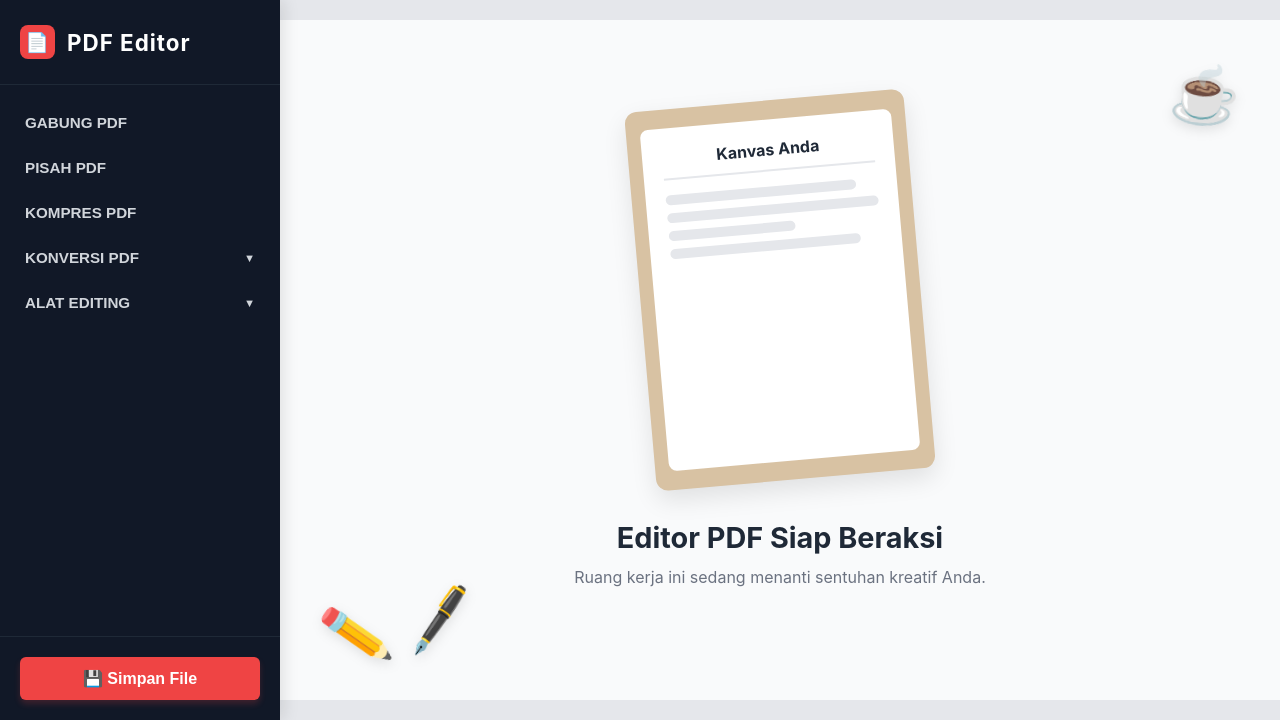
Repository: IkhsanMoekhtar/pdf_editor
Page: /
An editor plug-in stored every save of this project. The page is shown before and after the next save, followed by the edit.
The browser window is 1280 px wide. The pictures show the whole page.
The project was rebuilt for these pictures with package versions that can differ from the ones it lists, and the page was loaded fresh each time. Also part of the build but not shown: vite.config.js.

Above is the page before, as saved 2026-03-18 22:56:49.

### index.html
<!doctype html>
<html lang="en">
  <head>
    <meta charset="UTF-8" />
    <link rel="icon" type="image/svg+xml" href="/favicon.svg" />
    <meta name="viewport" content="width=device-width, initial-scale=1.0" />
    <title>frontend-pdf</title>
  </head>
  <body>
    <div id="root"></div>
    <script type="module" src="/src/main.jsx"></script>
  </body>
</html>

### src/index.css
/* --- CSS RESET GLOBAL --- */

/* Tanda bintang (*) artinya menerapkan aturan ini ke SEMUA elemen di website */
* {
  margin: 0;
  padding: 0;
  box-sizing: border-box; /* Memastikan padding tidak menambah lebar elemen */
}

/* Memaksa elemen dasar website untuk mengambil 100% layar tanpa sisa */
html, body, #root {
  width: 100%;
  height: 100%;
  background-color: #f3f4f6; /* Warna latar belakang aplikasi kita */
}

/* Menghilangkan font default yang kaku */
body {
  font-family: Inter, system-ui, Avenir, Helvetica, Arial, sans-serif;
  -webkit-font-smoothing: antialiased;
}

### src/App.css
/* --- TATA LETAK UTAMA --- */
.app-container {
  display: flex;
  flex-direction: row; /* Kembali menyamping: Kiri Sidebar, Kanan Workspace */
  height: 100vh;
  font-family: Inter, system-ui, Avenir, Helvetica, Arial, sans-serif;
  background-color: #e5e7eb;
}

/* --- SIDEBAR BARU --- */
.main-sidebar {
  width: 280px;
  background-color: #111827; /* Warna gelap yang modern */
  color: #f3f4f6;
  display: flex;
  flex-direction: column;
  flex-shrink: 0;
  box-shadow: 4px 0 15px rgba(0,0,0,0.1);
  z-index: 10;
}

.brand {
  display: flex;
  align-items: center;
  gap: 12px;
  padding: 25px 20px;
  font-size: 1.4rem;
  font-weight: 800;
  letter-spacing: 1px;
  border-bottom: 1px solid #1f2937;
  color: #ffffff;
}

.brand-icon {
  background-color: #ef4444;
  padding: 5px;
  border-radius: 8px;
  font-size: 1.2rem;
}

/* --- NAVIGASI SIDEBAR (ACCORDION) --- */
.sidebar-nav {
  flex: 1;
  overflow-y: auto; /* Bisa di-scroll jika menu terlalu panjang */
  padding: 15px 0;
}

/* Tombol Menu Utama */
.nav-item {
  width: 100%;
  text-align: left;
  background: transparent;
  border: none;
  color: #d1d5db;
  padding: 14px 25px;
  font-size: 0.95rem;
  font-weight: 600;
  cursor: pointer;
  display: flex;
  justify-content: space-between;
  align-items: center;
  transition: all 0.2s;
}

.nav-item:hover {
  background-color: #1f2937;
  color: #ffffff;
}

.arrow {
  font-size: 0.7rem;
  transition: transform 0.3s ease;
}

/* --- LOGIKA ACCORDION (Animasi Buka/Tutup) --- */
.submenu {
  max-height: 0; /* Secara default tertutup */
  overflow: hidden;
  background-color: #0b0f19; /* Latar submenu lebih gelap agar beda */
  transition: max-height 0.4s cubic-bezier(0.4, 0, 0.2, 1);
}

.nav-group.expanded .submenu {
  max-height: 500px; /* Terbuka saat div memiliki class 'expanded' */
}

.nav-group.expanded .arrow {
  transform: rotate(180deg); /* Panah berputar */
}

.nav-group.expanded .nav-item {
  color: #ef4444; /* Judul menu yang aktif berwarna merah */
}

/* Isi Submenu */
.submenu-title {
  font-size: 0.7rem;
  color: #6b7280;
  font-weight: 700;
  padding: 15px 25px 5px 25px;
  letter-spacing: 1px;
}

.submenu-btn {
  width: 100%;
  text-align: left;
  background: transparent;
  border: none;
  color: #9ca3af;
  padding: 10px 25px;
  font-size: 0.85rem;
  display: flex;
  align-items: center;
  cursor: pointer;
  transition: all 0.2s;
}

.submenu-btn:hover {
  color: #ffffff;
  background-color: #1f2937;
}

.submenu-btn.active {
  color: #ffffff;
  background-color: #ef4444;
}

/* -- IKON BERBASIS CSS (Tetap Dipertahankan) -- */
.doc-icon {
  display: inline-flex;
  align-items: center; justify-content: center;
  width: 20px; height: 20px;
  border-radius: 4px; font-size: 10px; font-weight: 800; color: rgb(255, 255, 255);
  margin-right: 12px;
}
.icon-jpg { background-color: #eab308; }
.icon-word { background-color: #3b82f6; }
.icon-ppt { background-color: #f97316; }
.icon-excel { background-color: #22c55e; }
.icon-pdf { background-color: #ef4444; }

/* --- BAGIAN BAWAH SIDEBAR --- */
.sidebar-footer {
  padding: 20px;
  border-top: 1px solid #1f2937;
}

.save-btn {
  width: 100%;
  padding: 12px;
  background-color: #ef4444;
  color: white;
  border: none;
  border-radius: 6px;
  font-weight: bold;
  font-size: 1rem;
  cursor: pointer;
  transition: background-color 0.2s;
  box-shadow: 0 4px 6px rgba(239, 68, 68, 0.2);
}

.save-btn:hover { background-color: #dc2626; }

/* --- AREA KERJA UTAMA --- */
.workspace {
  flex: 1;
  display: flex;
  position: relative;
  overflow: hidden;
}

.viewer-container {
  width: 100%;
  height: 100%;
  background-color: #f9fafb;
  display: flex;
  justify-content: center;
  align-items: center;
}

/* --- DESAIN AREA KOSONG (KLIK UNTUK UPLOAD) --- */
.empty-state.desktop-scene {
  display: flex;
  flex-direction: column;
  align-items: center;
  justify-content: center;
  height: 100%;
  width: 100%;
  background-color: #f9fafb;
  position: relative;
  padding: 40px;
  overflow: hidden;
  cursor: pointer; /* Mengubah kursor menjadi tangan (menandakan bisa diklik) */
  transition: background-color 0.3s ease;
}

/* Sedikit penggelapan latar belakang saat area disorot mouse */
.empty-state.desktop-scene:hover {
  /* Menjalankan animasi 'pulse-border' selama 2 detik, berulang terus menerus (infinite) */
  animation: pulse-border 2s infinite ease-in-out;

  /* Sedikit mencerahkan latar belakang agar efek glow lebih terlihat */
  background-color: rgba(59, 130, 246, 0.03);
}

.clipboard {
  width: 280px; height: 380px;
  background-color: #d8c2a3;
  border-radius: 12px;
  box-shadow: 0 10px 25px rgba(0,0,0,0.1);
  transform: rotate(-5deg);
  position: relative;
  display: flex; align-items: center; justify-content: center;
  margin-bottom: 40px;
  transition: transform 0.3s ease;
}

.empty-state.desktop-scene:hover .clipboard {
  transform: rotate(0deg) scale(1.03);
}

.clipboard-paper {
  width: 90%; height: 90%; background-color: #ffffff;
  border-radius: 8px; padding: 20px;
  display: flex; flex-direction: column; gap: 15px;
}

.clipboard-header {
  font-weight: bold; color: #1f2937;
  border-bottom: 2px solid #e5e7eb; padding-bottom: 10px; text-align: center;
}

.clipboard-content { flex: 1; display: flex; flex-direction: column; gap: 8px; }
.empty-line { height: 10px; background-color: #e5e7eb; border-radius: 5px; }
.empty-line.large { width: 90%; }
.empty-line.medium { width: 60%; }

.desk-item { position: absolute; font-size: 3.5rem; filter: drop-shadow(0 4px 6px rgba(0,0,0,0.1)); }
.coffee-cup { top: 40px; right: 40px; transform: rotate(5deg); }
.pens { bottom: 40px; left: 40px; display: flex; gap: 10px; transform: rotate(-10deg); }

.message-container { text-align: center; max-width: 500px; margin-bottom: 30px; }
.message-container h3 { font-size: 1.8rem; color: #1f2937; font-weight: 700; margin-bottom: 10px; }
.message-container p { color: #6b7280; line-height: 1.6; }

.start-hint-pil {
  display: flex; align-items: center; gap: 12px;
  background-color: #1f2937; color: #ffffff;
  padding: 12px 24px; border-radius: 999px;
  font-weight: bold; box-shadow: 0 6px 15px rgba(0,0,0,0.2);
  transition: all 0.2s;
}

.empty-state.desktop-scene:hover .start-hint-pil {
  background-color: #3b82f6; /* Berubah menjadi biru saat disorot */
  transform: translateY(-2px);
}

/* Animasi Ikon Mouse bergerak naik turun */
.bouncy-arrow {
  display: inline-block;
  font-size: 1.3rem;
  animation: bounce-vertical-hint 1.5s infinite;
}

@keyframes bounce-vertical-hint {
  0%, 100% { transform: translateY(0); }
  50% { transform: translateY(-5px); }
}

@keyframes pulse-border {
  0% {
    border-color: #9ca3af;
    box-shadow: 0 0 0 0 rgba(59, 130, 246, 0);
  }
  50% {
    /* Di titik tengah, border menjadi biru menyala dan memancarkan cahaya (glow) */
    border-color: #3b82f6;
    box-shadow: 0 0 20px 2px rgba(59, 130, 246, 0.3), inset 0 0 15px rgba(59, 130, 246, 0.1);
  }
  100% {
    border-color: #9ca3af;
    box-shadow: 0 0 0 0 rgba(59, 130, 246, 0);
  }
}

/* --- GAYA UNTUK ACTION BAR & TOMBOL --- */
.action-btn {
  padding: 8px 12px;
  background-color: white;
  color: #374151;
  border: 1px solid #e5e7eb;
  border-radius: 6px;
  font-size: 13px;
  font-weight: 700;
  cursor: pointer;
  transition: all 0.2s;
  display: flex; align-items: center; justify-content: center;
}

.action-btn:hover {
  background-color: #f3f4f6;
  border-color: #d1d5db;
}

.action-btn.active {
  background-color: #ef4444; /* Merah seperti logo Anda */
  color: white;
  border-color: #dc2626;
}

.pdf-paper .react-pdf__Page,
.pdf-paper .react-pdf__Page canvas {
  width: 100% !important;
  height: auto !important;
  max-width: none !important;
}

Loaded but not shown: src/main.jsx (common file); src/App.jsx (372 lines, source omitted)

After the next save:
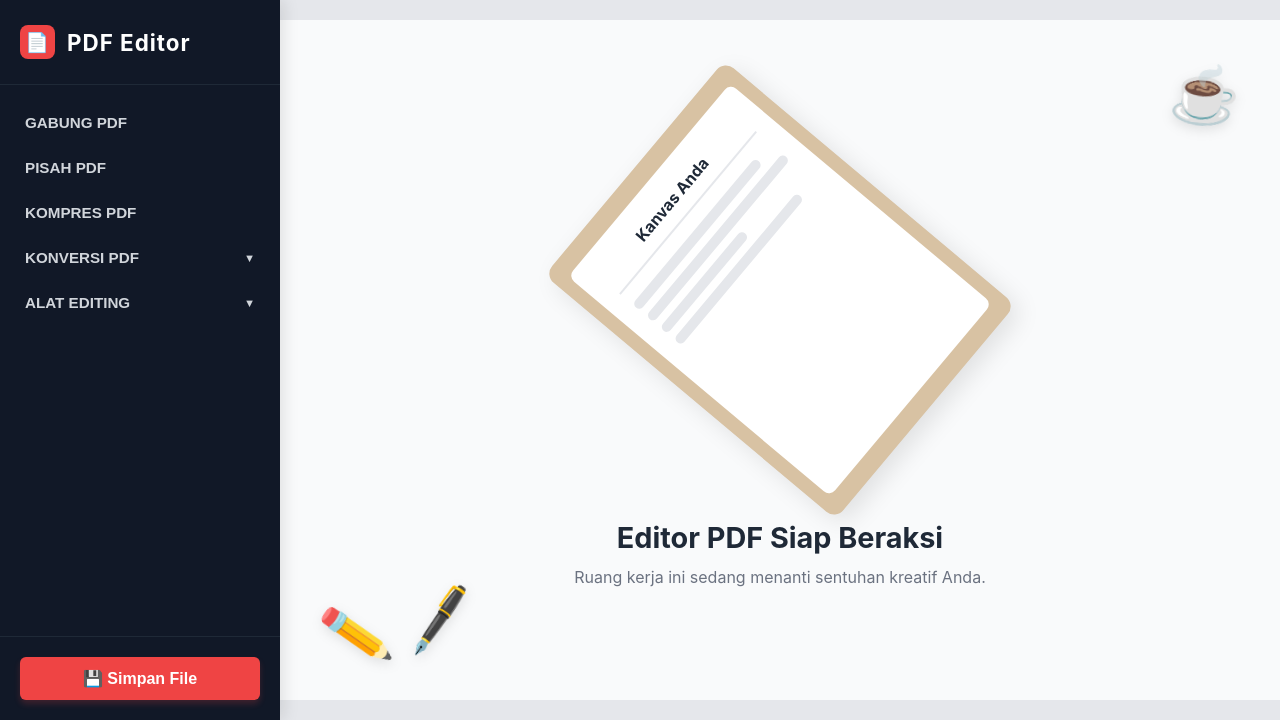
Saved 7 s later.
--- a/src/App.css
+++ b/src/App.css
@@ -208,7 +208,7 @@
   background-color: #d8c2a3;
   border-radius: 12px;
   box-shadow: 0 10px 25px rgba(0,0,0,0.1);
-  transform: rotate(-5deg);
+  transform: rotate(-50deg);
   position: relative;
   display: flex; align-items: center; justify-content: center;
   margin-bottom: 40px;
